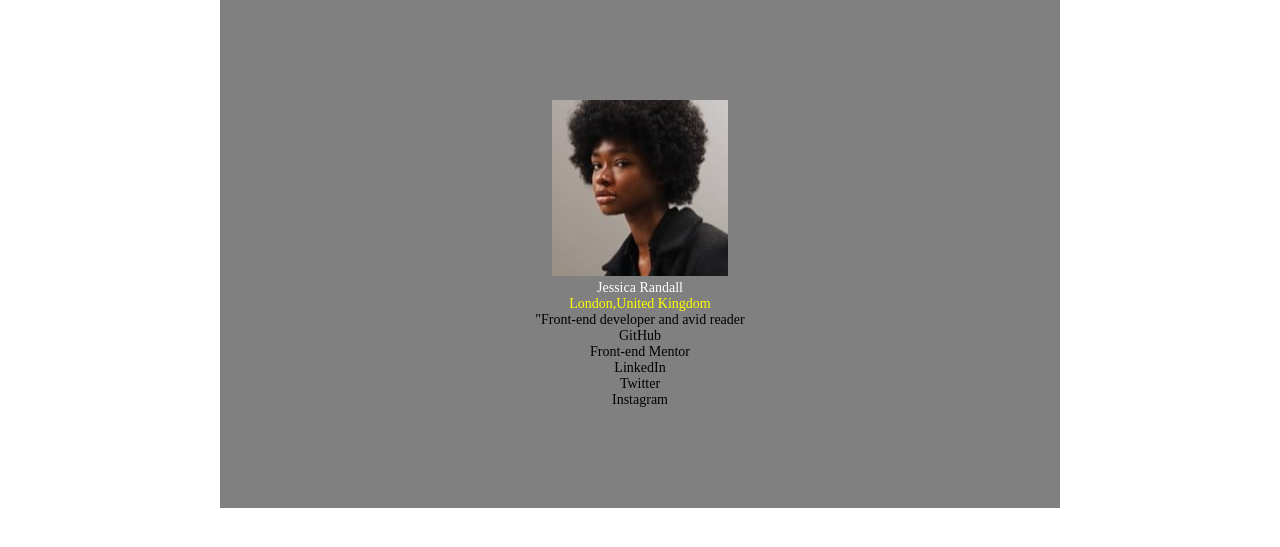
Repository: JosephAbatan05/Social-links-profile
Page: social-links-profile-main/index.html
The author's editor kept a copy of each file at every save. The page is drawn from the files as they stood at one save, then again after the next save.
The browser window is 1280 px wide. The pictures show the whole page.

Above is the page before, as saved 2025-01-23 14:03:08.

### social-links-profile-main/index.html
<!DOCTYPE html>
<html lang="en">
<head>
  <meta charset="UTF-8">
  <meta name="viewport" content="width=device-width, initial-scale=1.0"> <!-- displays site properly based on user's device -->

  <link rel="icon" type="image/png" sizes="32x32" href="./assets/images/favicon-32x32.png">

  <title>Frontend Mentor | Social links profile</title>
<link rel="stylesheet" href="styles.css">

  <!-- Feel free to remove these styles or customise in your own stylesheet 👍 --<style>
    .attribution { font-size: 11px; text-align: center; }
    .attribution a { color: hsl(228, 45%, 44%); }
  </style>
</head>
<body>

  Jessica Randall
  London, United Kingdom
  "Front-end developer and avid reader."

  GitHub
  Frontend Mentor
  LinkedIn
  Twitter
  Instagram

  <div class="attribution">
    Challenge by <a href="https://www.frontendmentor.io?ref=challenge" target="_blank">Frontend Mentor</a>.
    Coded by <a href="#">Your Name Here</a>.
  </div>
-->

<div class="container">
  <img src="assets\images\avatar-jessica.jpeg" >

<div id="name">Jessica Randall</div>
<div class="description">London,United Kingdom</div>
<div class="about">"Front-end developer and avid reader</div>
<div class="fa-links-container">
  <div class="Github">GitHub</div>
  <div class="Frontend Mentor">Front-end Mentor</div>



  <div class="LinkedIn">LinkedIn</div>





  <div class="Frontend Mentor">Twitter</div>

  <div class="Instagramr">Instagram</div>

</div>


</div>

</body>
</html>

### social-links-profile-main/styles.css
body{
    margin:0;
    padding:0;
    box-sizing: border-box;
}
.container{
    text-align: center;
    margin: 0 auto;
    padding: 100px 100px;
    font-size:14px;
    background-color: grey;
    max-width: 50%;
}
.img{
    border-radius:50%;
    margin-bottom: 20px;

}
.container #name{
    color:white;
}
.container .description{
    color:yellow;
}

After the next save:
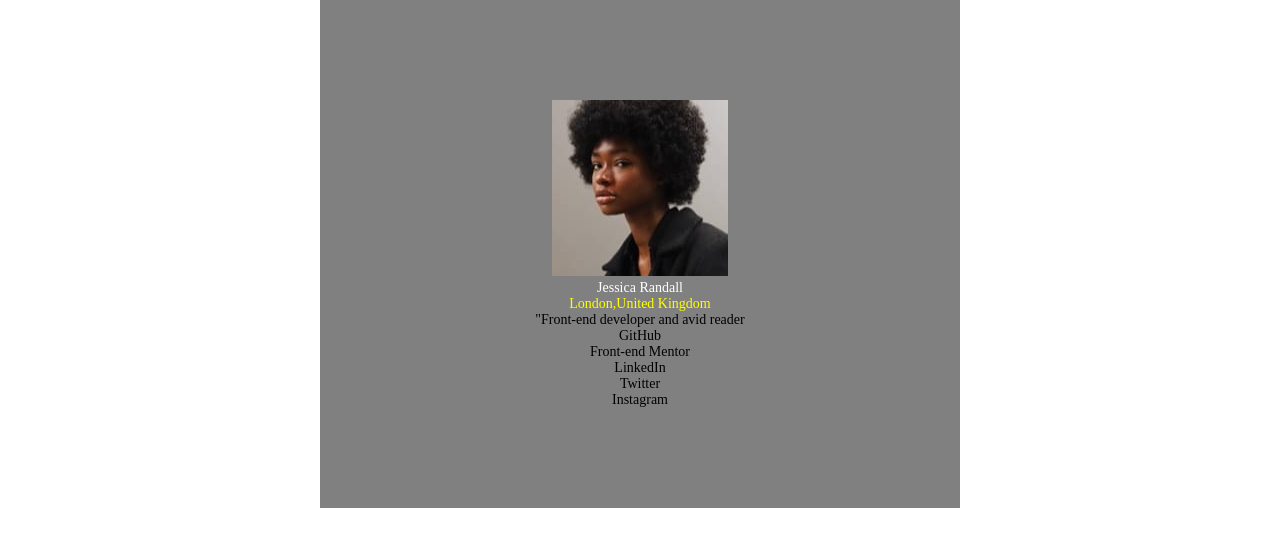
Saved 10 s later.
--- a/social-links-profile-main/styles.css
+++ b/social-links-profile-main/styles.css
@@ -6,7 +6,7 @@ body{
 .container{
     text-align: center;
     margin: 0 auto;
-    padding: 100px 100px;
+    padding: 100px 0;
     font-size:14px;
     background-color: grey;
     max-width: 50%;
